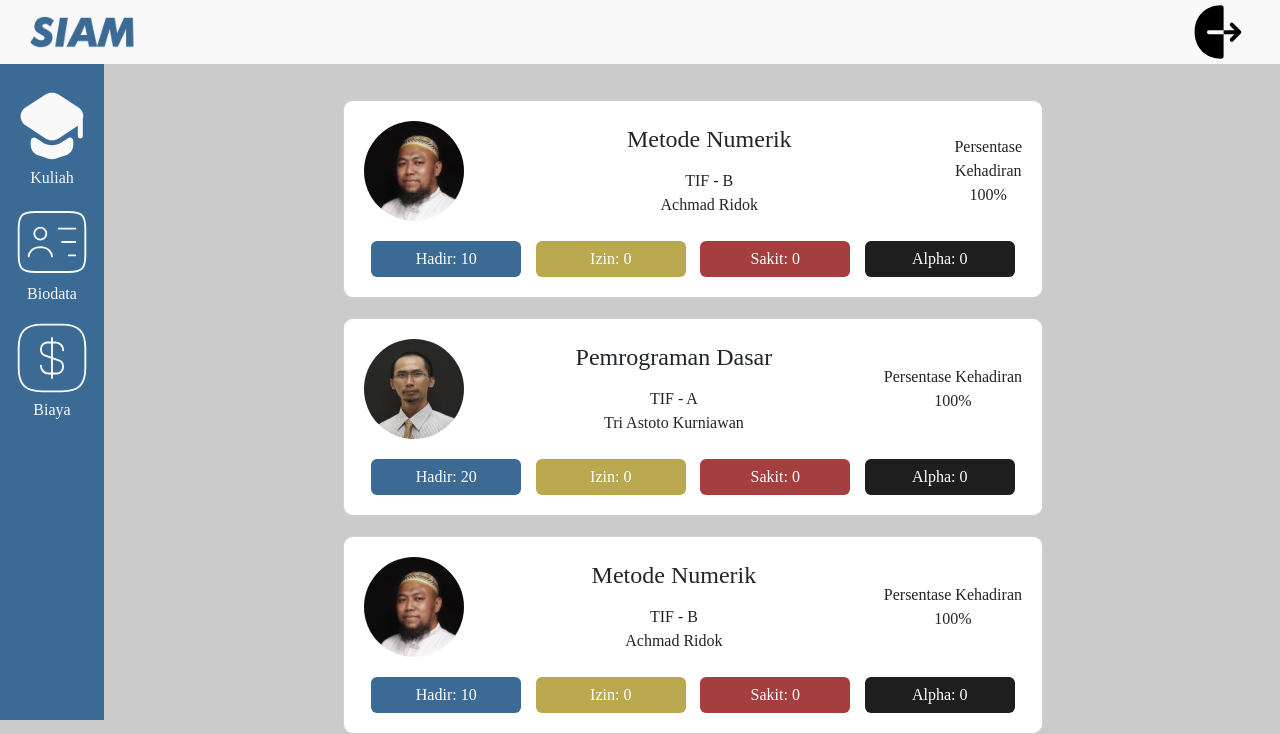
Repository: haikalirf/Project-IMK
Page: riwayatpresensi.html
An editor plug-in stored every save of this project. The page is shown before and after the next save, followed by the edit.
The browser window is 1280 px wide. The pictures show the whole page.
Some web fonts or font styles are not loaded; a fallback is used.

Above is the page before, as saved 2022-12-15 15:29:07.
Not found: scripts/.js

### riwayatpresensi.html
<!DOCTYPE html>
<html lang="en">
<head>
	<meta charset="UTF-8">
	<meta http-equiv="X-UA-Compatible" content="IE=edge">
	<meta name="viewport" content="width=device-width, initial-scale=1.0">
	<title>SIAM</title>
	<link rel="icon" href="/assets/logo_ub.ico">
	<link rel="stylesheet" href="https://cdn.jsdelivr.net/npm/bootstrap@5.2.3/dist/css/bootstrap.min.css" integrity="sha384-rbsA2VBKQhggwzxH7pPCaAqO46MgnOM80zW1RWuH61DGLwZJEdK2Kadq2F9CUG65" crossorigin="anonymous">
	<link rel="stylesheet" href="/styles/riwayatpresensi.css">
</head>
<body>
	<nav class="navbar" id="navbar">
		<div class="navbar-left">
			<a class="navbar-brand" href="/kuliah.html">
				<img class="navbar-image" src="/assets/SIAM.png" alt="SIAM">
			</a>
		</div>
		<a class="navbar-link" href="landing.html">
			<img id="navbar-image" src="/assets/Logout.svg" alt="Logout">
		</a>
	</nav>
	<div class="mh-100" id="sidebar">
		<a class="btn" href="kuliah.html">
			<img id="sidebar-kuliah" src="/assets/Kuliah Logo.svg" alt="Kuliah">
			<label for="sidebar-kuliah">Kuliah</label>
		</a>
		<a class="btn" href="">
			<img id="sidebar-biodata" src="/assets/Biodata Logo Kosong.svg" alt="Biodata">
			<label for="sidebar-biodata">Biodata</label>
		</a>
		<a class="btn" href="">
			<img id="sidebar-biaya" src="/assets/Biaya Logo Kosong.svg" alt="Biaya">
			<label for="sidebar-biaya">Biaya</label>
		</a>
	</div>
	<main>
		<div class="card">
			<div class="card-top">
				<img src="/assets/Foto Dosen.png" alt="">
				<div class="matkul">
					<h4>Metode Numerik</h4>
					<p>TIF - B</p>
					<p>Achmad Ridok</p>
				</div>
				<div class="kehadiran">
					<p>Persentase</p>
					<p>Kehadiran</p>
					<p>100%</p>
				</div>
			</div>
			<div class="buttons">
				<button type="button" class="btn btn-primary button-hadir">Hadir: 10</button>
				<button type="button" class="btn btn-primary button-izin">Izin: 0</button>
				<button type="button" class="btn btn-primary button-sakit">Sakit: 0</button>
				<button type="button" class="btn btn-primary button-alpha">Alpha: 0</button>
			</div>
		</div>
		<div class="card">
			<div class="card-top">
				<img src="/assets/Foto Dosen 2.png" alt="">
				<div class="matkul">
					<h4>Pemrograman Dasar</h4>
					<p>TIF - A</p>
					<p>Tri Astoto Kurniawan</p>
				</div>
				<div class="kehadiran">
					<p>Persentase Kehadiran</p>
					<p>100%</p>
				</div>
			</div>
			<div class="buttons">
				<button type="button" class="btn btn-primary button-hadir">Hadir: 20</button>
				<button type="button" class="btn btn-primary button-izin">Izin: 0</button>
				<button type="button" class="btn btn-primary button-sakit">Sakit: 0</button>
				<button type="button" class="btn btn-primary button-alpha">Alpha: 0</button>
			</div>
		</div>
		<div class="card">
			<div class="card-top">
				<img src="/assets/Foto Dosen.png" alt="">
				<div class="matkul">
					<h4>Metode Numerik</h4>
					<p>TIF - B</p>
					<p>Achmad Ridok</p>
				</div>
				<div class="kehadiran">
					<p>Persentase Kehadiran</p>
					<p>100%</p>
				</div>
			</div>
			<div class="buttons">
				<button type="button" class="btn btn-primary button-hadir">Hadir: 10</button>
				<button type="button" class="btn btn-primary button-izin">Izin: 0</button>
				<button type="button" class="btn btn-primary button-sakit">Sakit: 0</button>
				<button type="button" class="btn btn-primary button-alpha">Alpha: 0</button>
			</div>
		</div>
	</main>
	<script src="https://cdn.jsdelivr.net/npm/bootstrap@5.2.3/dist/js/bootstrap.bundle.min.js" integrity="sha384-kenU1KFdBIe4zVF0s0G1M5b4hcpxyD9F7jL+jjXkk+Q2h455rYXK/7HAuoJl+0I4" crossorigin="anonymous"></script>
	<script src="/scripts/.js"></script>
</body>
</html>

### styles/riwayatpresensi.css
/* CSS Reset */
/*
	Josh's Custom CSS Reset
	https://www.joshwcomeau.com/css/custom-css-reset/
*/
*, *::before, *::after {
	box-sizing: border-box;
}
  * {
	margin: 0;
}
html, body {
	height: 100%;
}
body {
	line-height: 1.5;
	-webkit-font-smoothing: antialiased;
}
img, picture, video, canvas, svg {
	display: block;
	max-width: 100%;
}
input, button, textarea, select {
	font: inherit;
}
p, h1, h2, h3, h4, h5, h6 {
	overflow-wrap: break-word;
}
#root, #__next {
	isolation: isolate;
}
/* CSS Reset ends */

body {
	background-color: #cbcbcb;
	font-family: 'readex';
	font-size: 16px;
}

@font-face {
	font-family: 'readex';
	src:url('/assets/fonts/ReadexPro-Medium.ttf');
}

#navbar {
	display: flex;
	justify-content: space-between;
	position: fixed;
	background-color: #f9f9f9;
	z-index: 1;
	width: 100%;
	padding: 0px 30px;
}

.navbar-left {
	display: flex;
	align-items: center;
}

.navbar-image {
	height: 50px;
}

.navbar-extra {
	padding-bottom: 5px;
	margin-left: 15px;
}

main {
	padding-top: 100px;
	padding-left: 106px;
	display: flex;
	flex-direction: column;
	align-items: center;
	height: 100vh;
	gap: 20px;
}

#sidebar {
	background-color: #3b6a94;
	display: flex;
	flex-direction: column;
	flex: 1;
	position: fixed;
	height: 100vh;
	padding-top: 80px;
}

#sidebar a:hover {
	background-color: #266093;
}

#sidebar img {
	width: 80px;
	height: 80px;
}

a img, a label {
	color: #f9f9f9;
}

.btn {
	background-color: #3b6a94;
	border: none;
	cursor: inherit !important;
}

.btn:hover {
	background-color: #3b6a94;
}

.card {
	width: 700px;
	padding: 20px;
	border-radius: 10px;
}

.card-top {
	display: flex;
	justify-content: space-between;
}

.card-top img {
	clip-path: circle();
	width: 100px;
	height: 100px;
	align-self: center;
}

.matkul {
	display: flex;
	flex-direction: column;
	justify-content: center;
	align-items: center;
}

.matkul * {
	margin: 0px;
	text-align: center;
}

.matkul h4 {
	margin-bottom: 15px;
}

.kehadiran {
	display: flex;
	flex-direction: column;
	justify-content: center;
	align-items: center;
	/* width: 190px; */
}

.kehadiran * {
	margin: 0px;
}

.buttons {
	display: flex;
	justify-content: space-around;
	margin-top: 20px;
}

.buttons button {
	width: 150px;
}

.button-hadir:active {
	background-color: #3b6a94 !important;
}

.button-izin {
	background-color: #B9A84E;
}

.button-izin:hover {
	background-color: #B9A84E;
}

.button-izin:active {
	background-color: #B9A84E !important;
}

.button-sakit {
	background-color: #A53E3E;
}

.button-sakit:hover {
	background-color: #A53E3E;
}

.button-sakit {
	background-color: #A53E3E !important;
}

.button-alpha {
	background-color: #1E1E1E;
}

.button-alpha:hover {
	background-color: #1E1E1E;
}

.button-alpha:active {
	background-color: #1E1E1E !important;
}

@media (max-width: 820px) {
	.card {
		width: 90%;
	}

	.card-top {
		flex-direction: column;
		gap: 20px;
	}

	.buttons {
		align-items: center;
		flex-direction: column;
		gap: 10px;
	}
}

After the next save:
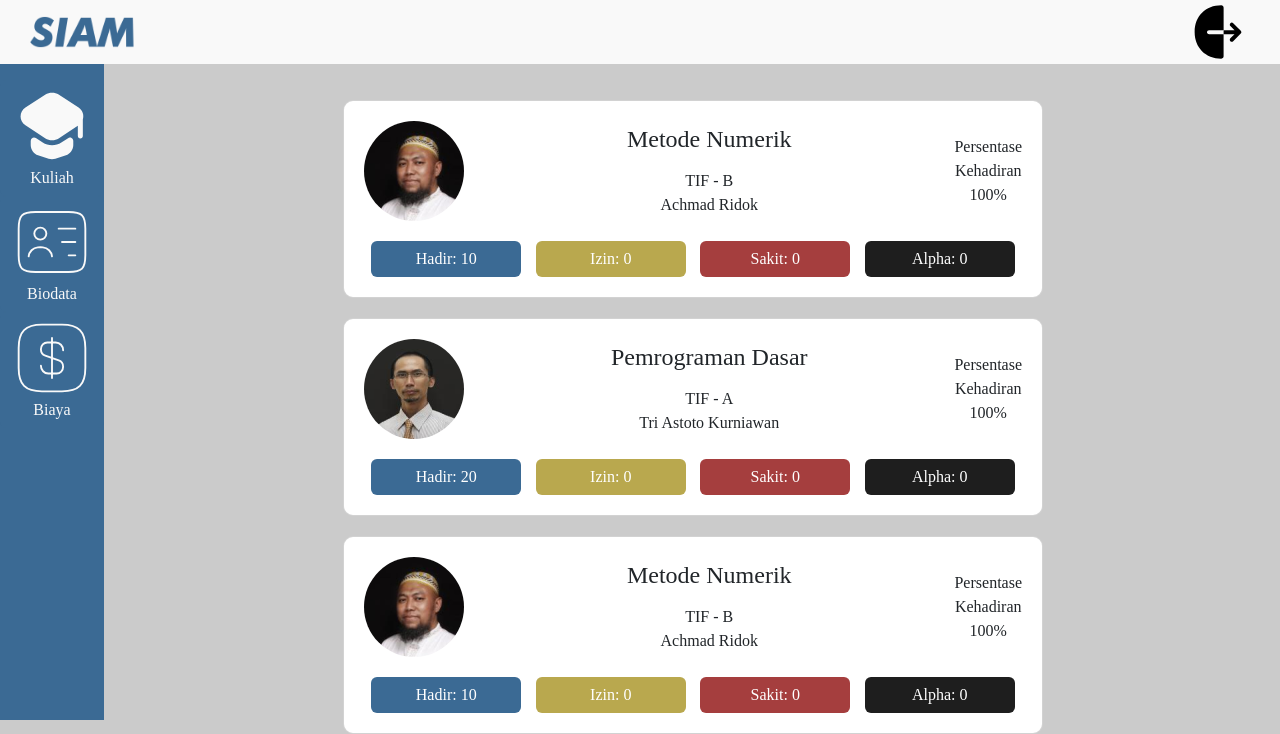
Saved 20 s later.
--- a/riwayatpresensi.html
+++ b/riwayatpresensi.html
@@ -65,7 +65,8 @@
 					<p>Tri Astoto Kurniawan</p>
 				</div>
 				<div class="kehadiran">
-					<p>Persentase Kehadiran</p>
+					<p>Persentase</p>
+					<p>Kehadiran</p>
 					<p>100%</p>
 				</div>
 			</div>
@@ -85,7 +86,8 @@
 					<p>Achmad Ridok</p>
 				</div>
 				<div class="kehadiran">
-					<p>Persentase Kehadiran</p>
+					<p>Persentase</p>
+					<p>Kehadiran</p>
 					<p>100%</p>
 				</div>
 			</div>
